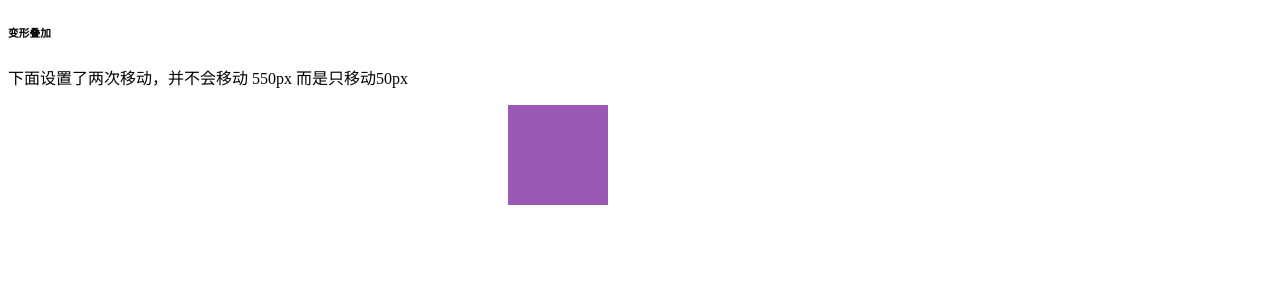
Repository: Aissd/animateDemo
Page: translate.html
An editor plug-in stored every save of this project. The page is shown before and after a run of saves, followed by the edit.
The browser window is 1280 px wide. The pictures show the whole page.

Above is the page before, as saved 2020-05-11 21:35:15.

After the next 2 saves:
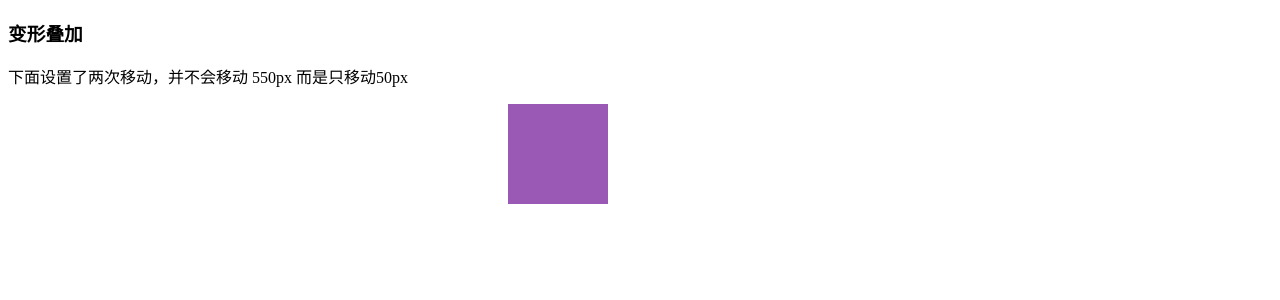
The 2 saves are shown as one change because they came seconds apart.
The last was saved 14 s later.
--- a/translate.html
+++ b/translate.html
@@ -9,7 +9,7 @@
 <body>
     <div class="container">
         <section class="demo-section">
-            <h6>变形叠加</h6>
+            <h3>变形叠加</h3>
             <p>下面设置了两次移动，并不会移动 550px 而是只移动50px</p>
             <div class="demo01"></div>
         </section>
